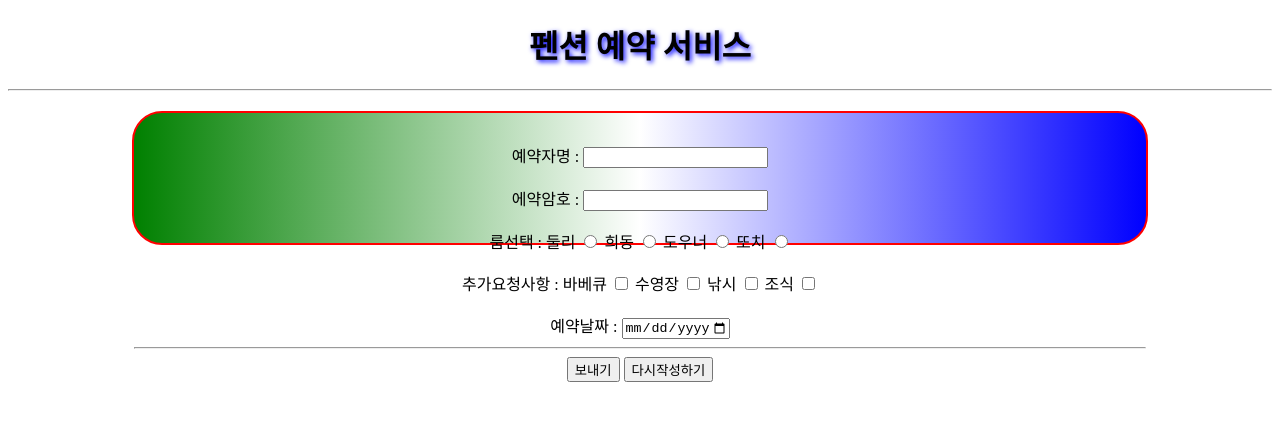
Repository: jhsnex123/web_study
Page: edu/src/main/webapp/cssexam/csslab3.html
An editor plug-in stored every save of this project. The page is shown before and after the next save, followed by the edit.
The browser window is 1280 px wide. The pictures show the whole page.

Above is the page before, as saved 2024-09-19 02:46:26.

### edu/src/main/webapp/cssexam/csslab3.html
<!DOCTYPE html>
<html>
<head>
<meta charset="UTF-8">
<title>Insert title here</title>
<style>
@font-face {
    font-family: 'TTSamlipCreamyWhiteR';
    src: url('https://fastly.jsdelivr.net/gh/projectnoonnu/2408-4@1.0/TTSamlipCreamyWhiteR.woff2') format('woff2');
    font-weight: normal;
    font-style: normal;
}

h1{
text-align : center;
text-shadow : 2px 2px 5px blue;
}

div{
		width : 80%;
		height : 50px;
		margin : 20px auto;
		padding-top : 30px;
		padding-bottom : 50px;
		text-align : center;
		margin-right: auto;
	    margin-left: auto;
	    background-image : linear-gradient(to left, blue, white,green);
		border : 2px solid red;
		border-radius : 30px;

}


</style>
</head>
<body>
<h1>펜션 예약 서비스</h1>
<hr>
<div>
<form action="html실습내용리뷰3url" method="get">
예약자명 : <input type="text" name="stname" required><br>
<br>
에약암호 : <input type="password" name="stpwd" required><br>
<br>
룸선택 :
둘리 <input type="radio"  name="gender" value="male">
희동 <input type="radio"  name="gender" value="female">
도우너 <input type="radio"  name="gender" value="male">
또치 <input type="radio"  name="gender" value="male"><br>
<br>
추가요청사항 :
바베큐 <input type="checkbox"  name="stbbq" value="f1">
수영장 <input type="checkbox"  name="stpool" value="f2">
낚시 <input type="checkbox"  name="stfishing" value="f3">
조식 <input type="checkbox"  name="stbreakfast" value="f4"><br>
<br>
예약날짜 :
<input id=date_of_reservation name=date_of_reservation type=date min="년-09-13" max="2024-12-31">
<hr>
<input type="submit" value="보내기">
<input type="reset" value="다시작성하기">
</form>
</div>
</body>
</html>

After the next save:
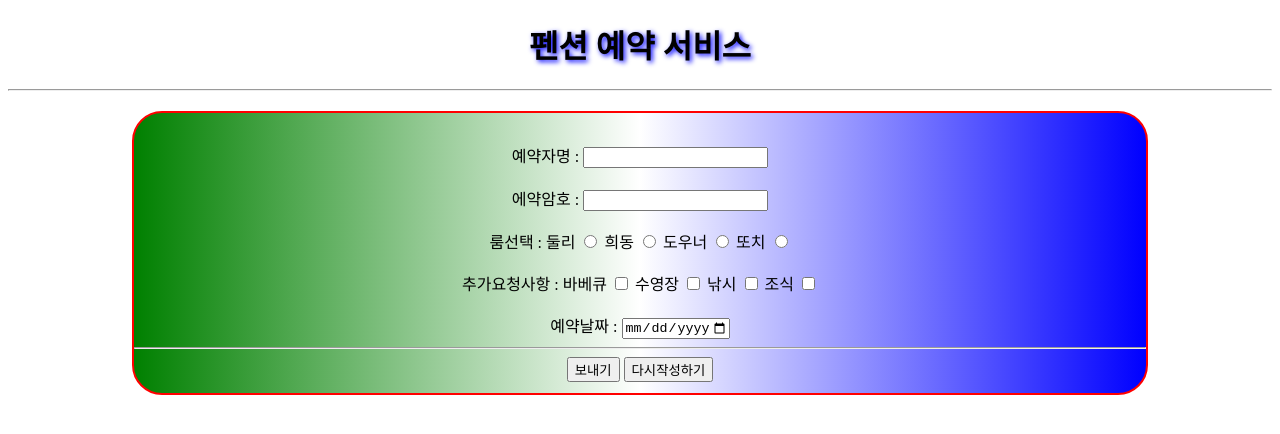
Saved 10 s later.
--- a/edu/src/main/webapp/cssexam/csslab3.html
+++ b/edu/src/main/webapp/cssexam/csslab3.html
@@ -18,7 +18,7 @@ text-shadow : 2px 2px 5px blue;
 
 div{
 		width : 80%;
-		height : 50px;
+		height : 200px;
 		margin : 20px auto;
 		padding-top : 30px;
 		padding-bottom : 50px;
